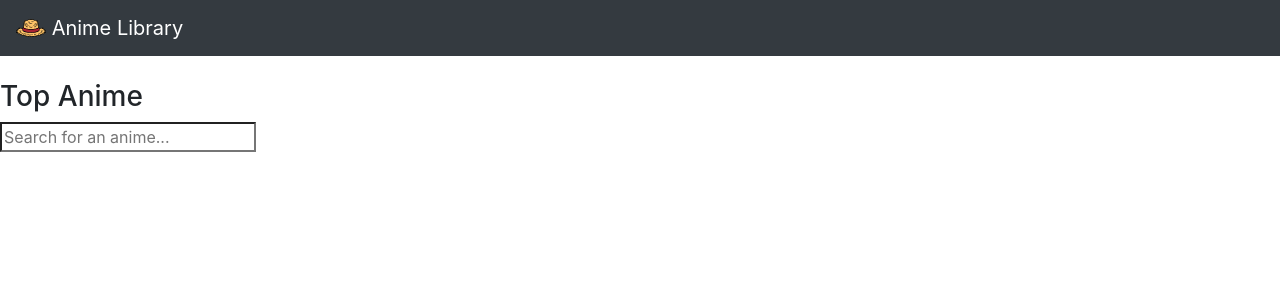
Repository: cuitlazotlac/anime-library
Page: /
An editor plug-in stored every save of this project. The page is shown before and after a run of saves, followed by the edit.
The browser window is 1280 px wide. The pictures show the whole page.
The page's requests for data from a server got no answer. The project was rebuilt for these pictures with package versions that can differ from the ones it lists, and the page was loaded fresh each time. No one was signed in, and anything a server would have sent is missing. Also part of the build but not shown: src/components/AnimeCard.js.

Above is the page before, as saved 2021-05-04 23:58:20.

After the next 2 saves:
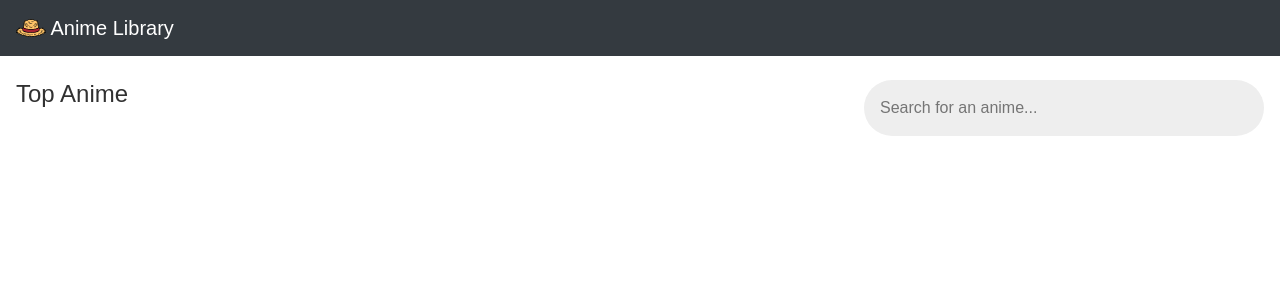
The 2 saves are shown as one change because they came seconds apart.
The last was saved 53 s later.
--- a/src/index.scss
+++ b/src/index.scss
@@ -1,9 +1,22 @@
-@import "./assets/styles/components/animeCard";
+@import "~bootstrap/scss/bootstrap";
+@import url('https://fonts.googleapis.com/css2?family=Lexend:wght@100;300;400;500;600;700;800&display=swap');
 
 
-@import url('https://fonts.googleapis.com/css2?family=Lexend:wght@100;300;400;500;600;700;800&display=swap');
+@import "./assets/styles/base/main";
+
+@import "./assets/styles/components/animeCard";
+@import "./assets/styles/components/header";
 
 body {
   margin: 0;
   font-family: 'Lexend', sans-serif;
 }
+
+
+* {
+	margin: 0;
+	padding: 0;
+	box-sizing: border-box;
+
+	font-family: 'Fira Sans', sans-serif;
+}
